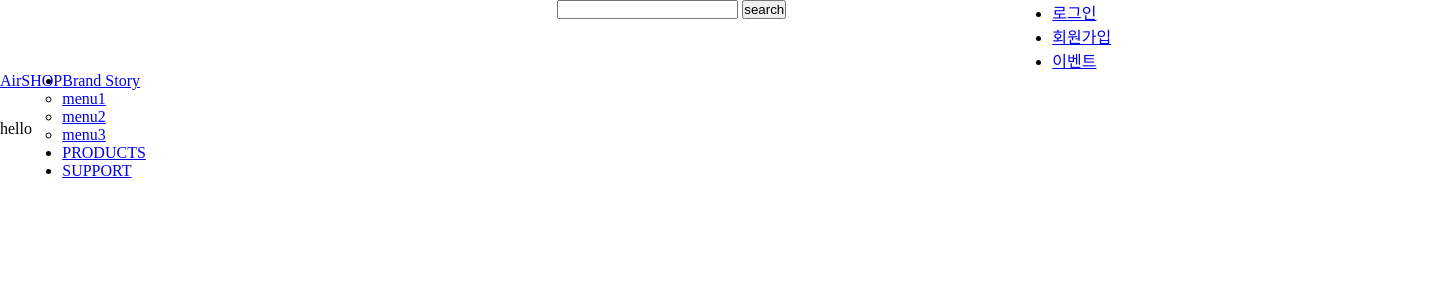
Repository: seungsu12/carrot
Page: http://localhost/carrot/main.jsp
These files come from the project's save history. The page is drawn as it stood at one moment and after the next save; the edit follows.
The browser window is 1280 px wide. The page is 1442 px wide, then 1280 px, so the pictures cover 1442 px, including what lies to the right of the window. The pictures show the whole page.
Some web fonts or font styles are not loaded; a fallback is used. The page is served by Tomcat 9.

Above is the page before, as saved 2021-05-27 05:58:27.

After the next save:
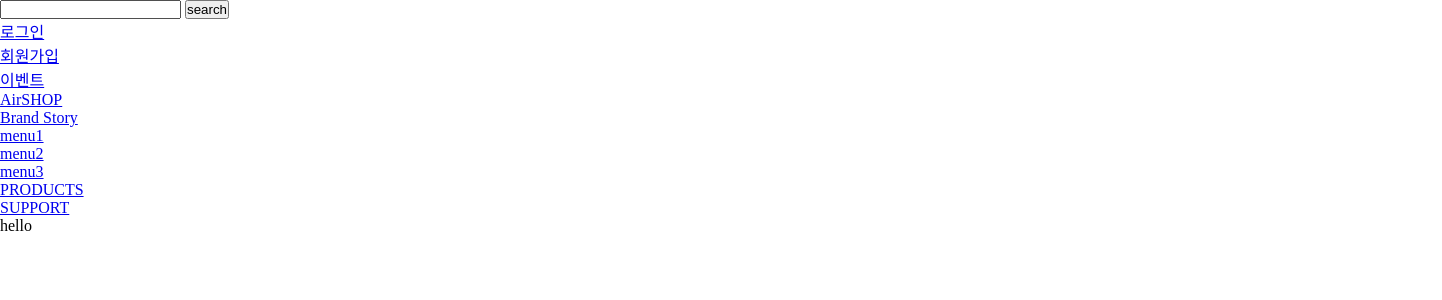
Saved 2 s later.
--- a/carrot/WebContent/header.jsp
+++ b/carrot/WebContent/header.jsp
@@ -9,21 +9,7 @@
 <link href="css/header.css?v=4" rel="stylesheet" type="text.css"/>
 <link rel="preconnect" href="https://fonts.gstatic.com">
 <link href="https://fonts.googleapis.com/css2?family=Odibee+Sans&display=swap" rel="stylesheet">
-<style>
 
-#header_wrap{
-	margin : 0 auto 0 auto;
-	height: 120px;
-	display :grid;
-	grid-template-columns: 0.6fr minmax(495px, 20%) minmax(495px,40%) minmax(390px ,25%) 0.6fr;
-	grid-template-rows : 1fr 2fr ;
-
-
-}
-
-
-
-</style>
 </head>
 
 
